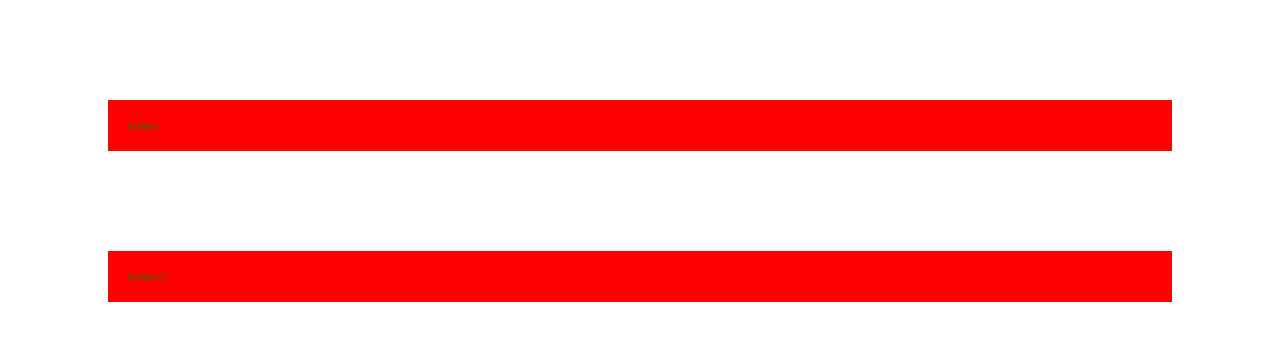
Repository: VISHALGUPTA100803/Harkirat_MERN
Page: Week 4/DOM_introduction/index.html
An editor plug-in stored every save of this project. The page is shown before and after the next save, followed by the edit.
The browser window is 1280 px wide. The pictures show the whole page.

Above is the page before, as saved 2024-03-12 00:33:18.

After the next save:
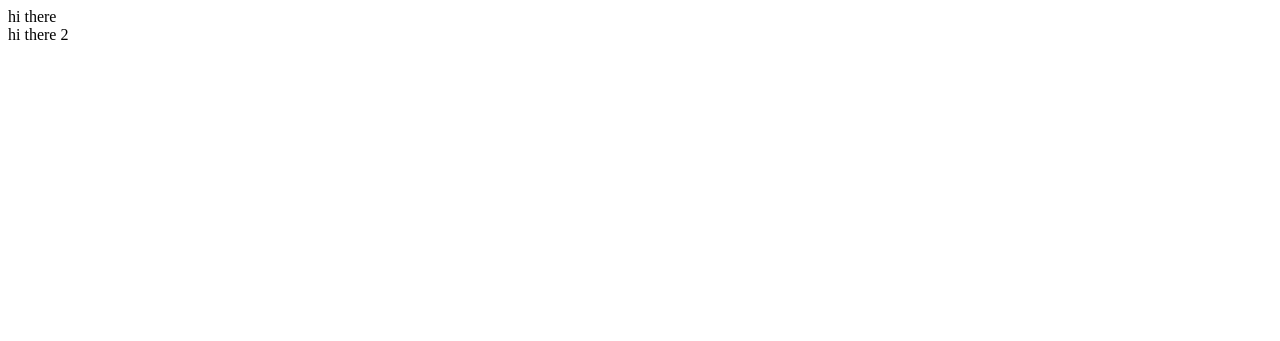
Saved 21 s later.
--- a/Week 4/DOM_introduction/index.html
+++ b/Week 4/DOM_introduction/index.html
@@ -1,5 +1,5 @@
 <html>
-    <style>
+    <style> // class in html
         .container {
             background-color: red;
             font-size: 10;

After the 2 saves that followed:
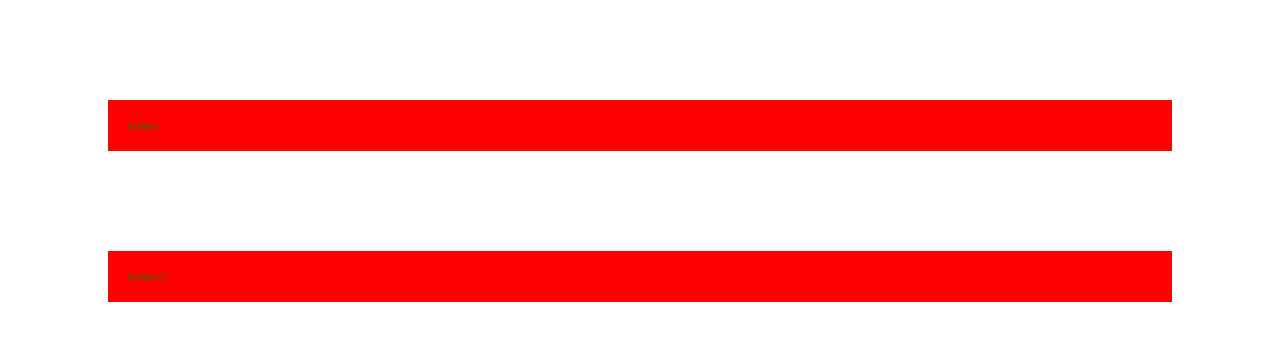
The 2 saves are shown as one change because 1 left the picture as it was.
The last was saved 19 s later.
--- a/Week 4/DOM_introduction/index.html
+++ b/Week 4/DOM_introduction/index.html
@@ -1,20 +1,15 @@
 <html>
-    <style> // class in html
-        .container {
-            background-color: red;
-            font-size: 10;
-            padding: 20;
-            margin: 100;
-            color: green;
-        }
-    </style>
-    <body>
-        <div class="container">
-            hi there
-        </div>
-        <div class = "container">
-            hi there 2
-        </div>
-
-    </body>
+  <style>
+    .container {
+      background-color: red;
+      font-size: 10;
+      padding: 20;
+      margin: 100;
+      color: green;
+    }
+  </style>
+  <body>
+    <div class="container">hi there</div>
+    <div class="container">hi there 2</div>
+  </body>
 </html>
